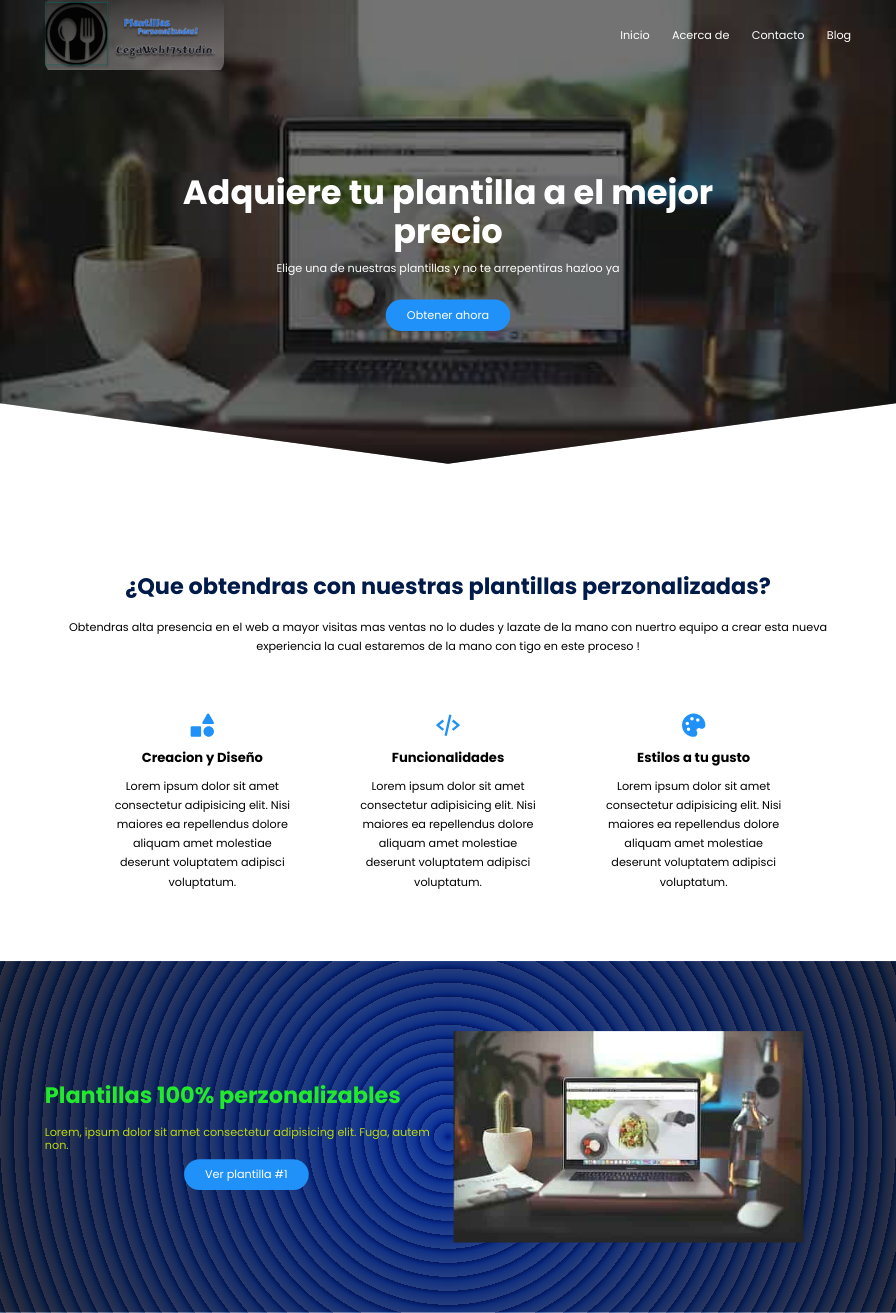
Repository: cega17/una-pagina-web
Page: index.html
The author's editor kept a copy of each file at every save. The page is drawn from the files as they stood at one save, then again after the next save.
The browser window is 1280 px wide. The pictures show the whole page, at 70% of full size.

Above is the page before, as saved 2023-10-30 10:13:29.

### index.html
<!DOCTYPE html>
<html lang="en">
<head>
    <meta charset="UTF-8">
    <meta http-equiv="X-UA-Compatible" content="IE=edge">
    <meta name="viewport" content="width=device-width, initial-scale=1.0">
    <title>Una pagina web</title>
    <link rel="stylesheet" href="./css/normalize.css">
    <link rel="stylesheet" href="./css/styles.css">
    <link rel="icon" href="./imgs/logo.ico">
    <meta name="theme-color" content="#2091F9">

    <meta name="title" content="Obten la plantilla para tu negocio">
    <meta name="description"
        content="Hola, somos un equipo de desarrollo web que verás cuando busques algo de mi temática en Google.">
        <meta property="og:type" content="website">
    <meta property="og:url" content="Tu cueta donde este alojada la pagina web">

</head>
<body>

    <header class="hero">
        <nav class="nav container">
            <div class="nav__logo">
                <img src="./imgs/logo.ico" alt="" class="nav__title">
            </div>

            <ul class="nav__link nav__link--menu">
                <li class="nav__items">Inicio</li>
                <li class="nav__items">Acerca de</li>
                <li class="nav__items">Contacto</li>
                <li class="nav__items">Blog</li>

                <img src="./imgs/close.svg" alt="" class="nav__close">

            </ul>
            <div class="nav__menu">
                <img src="./imgs/menu.svg" alt="" class="nav__img">
            </div>
        </nav>

        <section class="hero__container container">
            <h1 class="hero__title">Adquiere tu plantilla a el mejor precio</h1>
            <p class="hero__paragraph">Elige una de nuestras plantillas y no te arrepentiras hazloo ya</p>
            <a href="#" class="cta">Obtener ahora</a>

        </section>

    </header>

    <main>

        <section class="container about">
            <h2 class="subtitle">¿Que obtendras con nuestras plantillas perzonalizadas?</h2>

            <p class="about__paragraph">Obtendras alta presencia en el web a mayor visitas mas ventas no lo dudes y lazate de la mano con nuertro equipo a crear esta nueva experiencia la cual estaremos de la mano con tigo en este proceso !
            </p>

            <div class="about__main">

                <article class="about__icons">
                    <img src="./imgs/shapes.svg" alt="" class="about__icon">
                    <h3 class="about__title">Creacion y Diseño</h3>
                    <p class="about__paragraph">Lorem ipsum dolor sit amet consectetur adipisicing elit. Nisi maiores ea repellendus dolore aliquam amet molestiae deserunt voluptatem adipisci voluptatum.</p>
                </article>

                <article class="about__icons">
                    <img src="./imgs/code.svg" alt="" class="about__icon">
                    <h3 class="about__title">Funcionalidades</h3>
                    <p class="about__paragraph">Lorem ipsum dolor sit amet consectetur adipisicing elit. Nisi maiores ea repellendus dolore aliquam amet molestiae deserunt voluptatem adipisci voluptatum.</p>
                </article>

                <article class="about__icons">
                    <img src="./imgs/paint.svg" alt="" class="about__icon">
                    <h3 class="about__title">Estilos a tu gusto </h3>
                    <p class="about__paragraph">Lorem ipsum dolor sit amet consectetur adipisicing elit. Nisi maiores ea repellendus dolore aliquam amet molestiae deserunt voluptatem adipisci voluptatum.</p>
                </article>

            </div>
        </section>

        <section class="knowledge">
            <div class="knowledge__container container">
                <div class="knowledge__texts">
                    <h2 class="subtitle__knowledge">Plantillas 100% perzonalizables</h2>
                    <p class="knowledge__paragraph2">Lorem, ipsum dolor sit amet consectetur adipisicing elit. Fuga, autem non.</p>
                    <a href="" class="cta__knowledge">Ver plantilla #1</a>
                </div>
                <figure class="knowledge__picture">
                    <img src="./imgs/fondo-una-pagina.jpg" class="knowledge__img" alt="">
                </figure>
            </div>
        </section>


    </main>

</body>
</html>

### css/styles.css
@import url('https://fonts.googleapis.com/css2?family=Poppins:wght@300;400;600;700&display=swap');

:root {
    --padding-container: 100px 0;
    --color-title: #001A49;
}

body {
    font-family: 'Poppins', sans-serif;
}
.container{
    width: 90%;
    max-width: 1200px;
    margin: 0 auto;
    overflow: hidden;
    padding: var(--padding-container);
}

.hero{

    width: 100%;
    height: 100vh;
    min-height: 600px;
    max-height: 800px;
    position: relative;
    display: grid;
    grid-template-rows: 100px 1fr;
    color: #fff;
}

.hero::before{
    content: "";
    position: absolute;
    top: 0;
    left: 0;
    width: 100%;
    height: 100%;
    background-image: linear-gradient(180deg, #0000008c 0%, #0000008c 100%), url('../imgs/fondo-una-pagina.jpg');
    background-size: cover;
    clip-path: polygon(0 0, 100% 0, 100% 80%, 50% 92%, 0 80%);
    z-index: -1;
}

/* Inicio de nav*/

.nav{
    --padding-container:0;
    height: 100%;
    display:flex;
    align-items: center;
}
.nav__title{
    font-weight: 300;
}

.nav__link{
    margin-left: auto;
    padding: 0;
    display: grid;
    grid-auto-flow: column;
    grid-auto-columns: max-content;
    gap: 2em;
}
.nav__items{
    list-style: none;
}
.nav__links{
    color:#fff;
    text-decoration: none;
}
.nav__menu{
    margin-left: auto;
    cursor: pointer;
    display:none;
}
.nav__img{
    display: block;
    width: 30px;
}
.nav__close{
    display: var(--show, none);
}

/* fin de nav */

/* Inicio hero container */

.hero__container{
    max-width: 800px;
    --padding-container:0;
    display: grid;
    grid-auto-rows: max-content;
    align-content: center;
    gap: 1em;
    padding-bottom: 100px;
    text-align: center;
}
.nav__logo{
    background:linear-gradient(180deg, #4441418c 0%, #aeaaaa84 100%);
    border-radius:15px;


}
.hero__title{
    font-size: 3rem;

}
.hero__paragraph{
    margin-bottom: 20px;

}
.cta{
    display: inline-block;
    background-color: #2091f9;
    justify-self: center;
    color:#fff;
    text-decoration: none;
    padding:13px 30px ;
    border-radius: 32px;

}
.cta:hover{
    display: inline-block;
    background-color: #d4d5d6;
    justify-self: center;
    color:#f406bd;
    text-decoration: none;
    padding:13px 30px ;
    border-radius: 32px;
}

/* Inicio about */

.about{
    text-align: center;
}
.subtitle{
    color: var( --color-title);
    font-size: 2rem;
    margin-bottom: 25px;
}
.about__paragraph{
    line-height: 1.7;
}
.about__main{
    padding-top: 80px;
    display: grid;
    width: 90%;
    margin: 0 auto;
    gap: 1em;
    overflow: hidden;
    grid-template-columns: repeat(auto-fit, minmax(260px, auto));
}
.about__icons{
    display: grid;
    gap: 1em;
    justify-items: center;
    width: 260px;
    overflow: hidden;
    margin: 0 auto;
}
.about__icon{
    width: 40px;
}

/* Fin about */

/* Inicio knowledge */

.knowledge{
    background-color: #8383a1;
    background-image: radial-gradient(circle at center center, #3d86fc, #5a5a63), repeating-radial-gradient(circle at center center, #1e5fba, #44a9f7, 10px, transparent 20px, transparent 10px);
    background-blend-mode: multiply;
    overflow: hidden;
}

.knowledge__container{
    display: grid;
    grid-template-columns: 1fr 1fr;
    gap: 1em;
    align-items:center;


}
.subtitle__knowledge{
    color: rgb(33, 233, 43);

    font-size: 2rem;
    margin-bottom: 25px;
}
.knowledge__paragraph2{
    color: rgb(189, 216, 14);
    padding-bottom: 10px;
}
.knowledge__picture{
    max-width: 500px;
}
.knowledge__img{
    width: 100%;
    display: block;
}
.cta__knowledge{
    display: inline-block;
    background-color: #2091f9;
    justify-self: center;
    color:#fff;
    text-decoration: none;
    padding:13px 30px ;
    border-radius: 32px;
    margin-left: 35%;

}

### imgs/close.svg
<svg xmlns="http://www.w3.org/2000/svg" width="24" height="24" viewBox="0 0 24 24" style="fill: #fff);transform: ;msFilter:;"><path d="M12 2C6.486 2 2 6.486 2 12s4.486 10 10 10 10-4.486 10-10S17.514 2 12 2zm4.207 12.793-1.414 1.414L12 13.414l-2.793 2.793-1.414-1.414L10.586 12 7.793 9.207l1.414-1.414L12 10.586l2.793-2.793 1.414 1.414L13.414 12l2.793 2.793z"></path></svg>

### imgs/menu.svg
<svg xmlns="http://www.w3.org/2000/svg" width="24" height="24" viewBox="0 0 24 24" style="fill: #fff);transform: ;msFilter:;"><path d="M4 6h16v2H4zm4 5h12v2H8zm5 5h7v2h-7z"></path></svg>

### imgs/shapes.svg
<svg xmlns="http://www.w3.org/2000/svg" width="24" height="24" viewBox="0 0 24 24" style="fill: #2091f9;transform: ;msFilter:;"><path d="M17.867 2.504c-.355-.624-1.381-.623-1.736 0l-3.999 7A1 1 0 0 0 13 11h8a1.001 1.001 0 0 0 .868-1.496l-4.001-7zM3 22h7a1 1 0 0 0 1-1v-7a1 1 0 0 0-1-1H3a1 1 0 0 0-1 1v7a1 1 0 0 0 1 1zm14.5-9c-2.481 0-4.5 2.019-4.5 4.5s2.019 4.5 4.5 4.5 4.5-2.019 4.5-4.5-2.019-4.5-4.5-4.5z"></path></svg>

### imgs/code.svg
<svg xmlns="http://www.w3.org/2000/svg" width="24" height="24" viewBox="0 0 24 24" style="fill:  #2091f9;transform: ;msFilter:;"><path d="m7.375 16.781 1.25-1.562L4.601 12l4.024-3.219-1.25-1.562-5 4a1 1 0 0 0 0 1.562l5 4zm9.25-9.562-1.25 1.562L19.399 12l-4.024 3.219 1.25 1.562 5-4a1 1 0 0 0 0-1.562l-5-4zm-1.649-4.003-4 18-1.953-.434 4-18z"></path></svg>

### imgs/paint.svg
<svg xmlns="http://www.w3.org/2000/svg" width="24" height="24" viewBox="0 0 24 24" style="fill:  #2091f9;transform: ;msFilter:;"><path d="M9.38 21.646A9.985 9.985 0 0 0 12 22l.141-.001a2.998 2.998 0 0 0 2.515-1.425c.542-.876.6-1.953.153-2.88l-.198-.415c-.453-.942-.097-1.796.388-2.281.485-.485 1.341-.841 2.28-.388h.001l.413.199a2.99 2.99 0 0 0 2.881-.153A2.997 2.997 0 0 0 22 12.141a9.926 9.926 0 0 0-.353-2.76c-1.038-3.827-4.353-6.754-8.246-7.285-3.149-.427-6.241.602-8.471 2.833S1.666 10.247 2.096 13.4c.53 3.894 3.458 7.208 7.284 8.246zM15.5 6a1.5 1.5 0 1 1 0 3 1.5 1.5 0 0 1 0-3zm-5-1a1.5 1.5 0 1 1 0 3 1.5 1.5 0 0 1 0-3zM9 15.506a1.5 1.5 0 1 1-3 0 1.5 1.5 0 0 1 3 0zm-2.5-6.5a1.5 1.5 0 1 1-.001 3.001A1.5 1.5 0 0 1 6.5 9.006z"></path></svg>

Loaded but not shown: css/normalize.css (library)

After the next save:
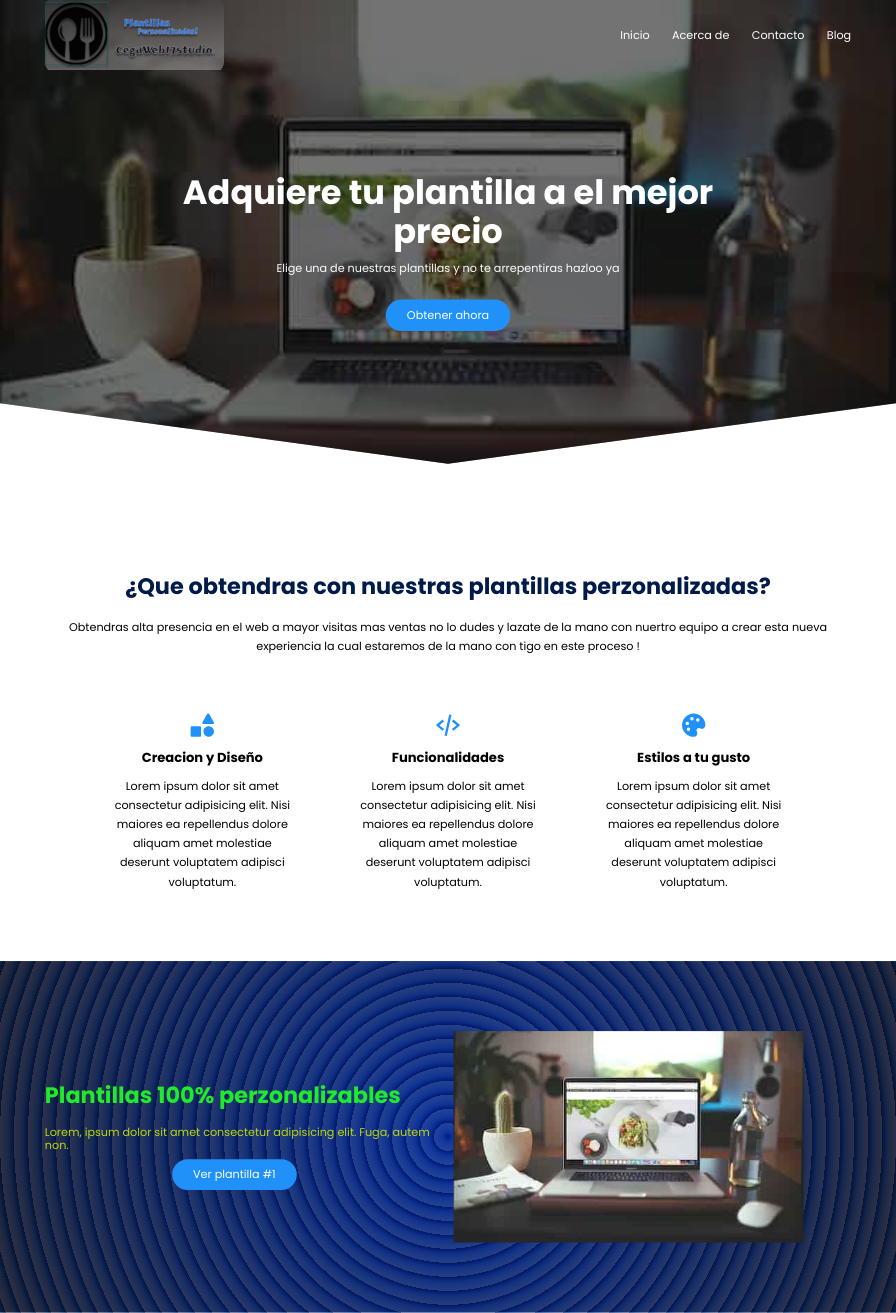
Saved 15 s later.
--- a/css/styles.css
+++ b/css/styles.css
@@ -207,6 +207,6 @@ body {
     text-decoration: none;
     padding:13px 30px ;
     border-radius: 32px;
-    margin-left: 35%;
-
-}
+    margin-left: 32%;
+
+}
